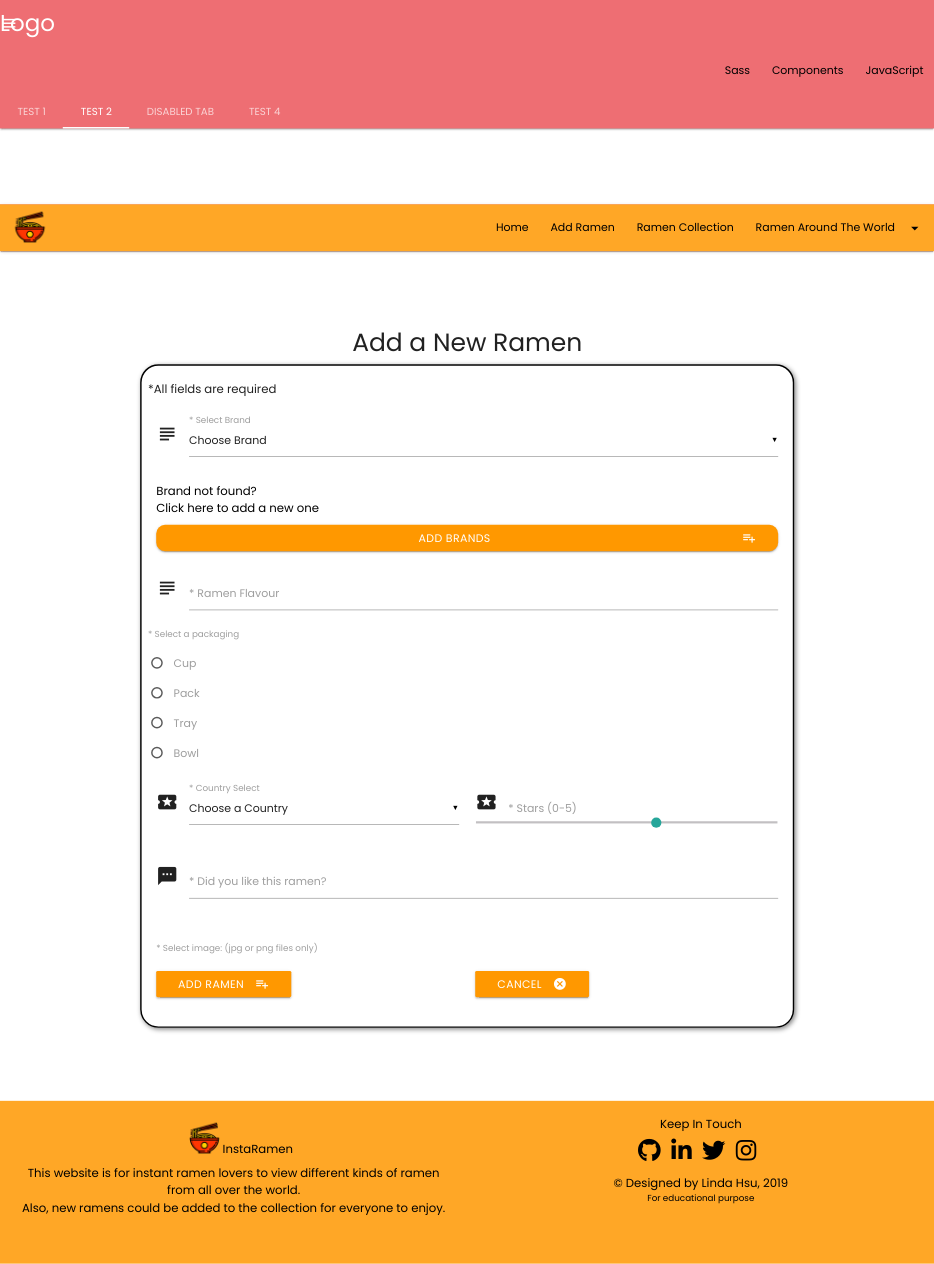
Repository: Paddlepop25/codeinstitute-insta-ramen
Page: templates/add_ramen.html
The author's editor kept a record of every edit. The page is drawn from the files as they stood at one moment, then again after the next edit.
The browser window is 1280 px wide. The pictures show the whole page, at 73% of full size.
Some web libraries are served in a nearby version. The page is served by the project's application, run on Flask 3 (app.py). The template is opened directly, without the code that normally fills it, so the values that code supplies are empty.

Above is the page before.

### templates/add_ramen.html
{% extends 'base.html' %} {% block content %}

<div class="container add-ramen">
  <h4>Add a New Ramen</h4>
  <form action="{{ url_for('insert_ramen') }}" method="POST" enctype="multipart/form-data" class="ramen-form">
    <div class="row">
      <span>*</span><span>All fields are required</span>
    </div>

    <div class="row">
      <div class="input-field col s12">
        <i class="material-icons prefix">subject</i>
        <select required id="brand" name="brand">
          <option value="" disabled selected>Choose Brand</option>
          {% for brand in brands %}
              <option value="{{ brand.brand }}" >{{ brand.brand|title}}</option>
          {% endfor %}
        </select>
        <label><span>* </span>Select Brand</label>
      </div>
    </div>

    <div class="row select-brand">
      <div class="input-field col s12">
        <p>Brand not found?
          <br> Click here to add a new one</p>
        <a href="{{url_for('add_brands')}}" class="waves-effect waves-light btn orange"><i class="material-icons right">playlist_add</i>Add Brands</a>
      </div>
    </div>

    <div class="row select-flavour">
      <div class="input-field col s12">
        <i class="material-icons prefix">subject</i>
        <input id="flavour" name="flavour" type="text" required>
        <label for="ramen_flavour"><span>* </span>Ramen Flavour</label>
      </div>
    </div>

    <div class="row select-packaging">
      <label><span>* </span>Select a packaging</label>
      <p>
        <input class="with-gap" name="style" type="radio" id="cup" value="Cup" required/>
        <label for="cup">Cup</label>
      </p>
      <p>
        <input class="with-gap" name="style" type="radio" id="pack" value="Pack" />
        <label for="pack">Pack</label>
      </p>
      <p>
        <input class="with-gap" name="style" type="radio" id="tray" value="Tray" />
        <label for="tray">Tray</label>
      </p>
      <p>
        <input class="with-gap" name="style" type="radio" id="bowl" value="Bowl" />
        <label for="bowl">Bowl</label>
      </p>
    </div>

    <div class="row select-country-stars">

      <div class="input-field col s12 m6">
        <i class="material-icons prefix">local_play</i>
        <select id="country" name="country" required>
          <option value="" disabled selected>Choose a Country</option>
          {% for ramen in countries %}
              <option value="{{ ramen.country }}" >{{ ramen.country }}</option>
          {% endfor %}
        </select>
        <label><span>* </span>Country Select</label>
      </div>

      <div class="input-field col s12 m6">
        <i class="material-icons prefix">local_play</i>
        <label><span>* </span>Stars (0-5)</label>
        <p class="range-field stars">
          <input type="range" id="stars" name="stars" min="0" max="5" required/>
        </p>
      </div>

    </div>

    <div class="row select-reviews">
      <div class="input-field col s12">
        <i class="material-icons prefix">textsms</i>
        <input id="reviews" name="reviews" type="text" required>
        <label for="ramen_reviews"><span>* </span>Did you like this ramen?</label>
      </div>
    </div>

    <!--<div class="row select-upload-image">-->
    <!--  <div class="col s12">-->
    <!--    <div class="input">-->
    <!--<label for="image">Upload image</label><br>-->
    <!--      <label><span>* </span>Upload image</label>-->
    <!--      <input type="file" name="product_image" class="btn orange">-->
    <!--<a class="btn waves-effect waves-light orange">Add Image</a>-->
    <!--    </div>-->
    <!--  </div>-->
    <!--</div>-->

    <div class="select-upload-image">
      <div class="row">
        <div class="col s12">
          <label for="ramen_image"><span>* </span>Select image: (jpg or png files only)</label>
          <input type="file" name="ramen_image" id="ramen_image"  style="display:none;" required>

          <!--<label for="img">Click me to upload image</label>-->
          <!--<input type="file" name="uploadfile" id="img" style="display:none;" />-->
        </div>
      </div>
      <div class="row">
        <div class="col s12 m6">
          <button class="btn waves-effect waves-light orange" type="submit" name="action">
          <i class="material-icons right">playlist_add</i>Add Ramen
      </button>
        </div>
        <div class="col s12 m6">
          <a href="{{url_for('get_ramen')}}" class="btn orange"><i class="material-icons right">cancel</i>Cancel</a>
        </div>
      </div>
    </div>

    <!--<div class="row select-submit">-->
    <!--  <div class="col s12 m6">-->
    <!--    <button class="btn waves-effect waves-light orange" type="submit" name="action">-->
    <!--      <i class="material-icons right">playlist_add</i>Add Ramen-->
    <!--  </button>-->
    <!--  </div>-->
    <!--  <div class="col s12 m6">-->
    <!--    <a href="{{url_for('get_ramen')}}" class="btn orange"><i class="material-icons right">cancel</i>Cancel</a>-->
    <!--  </div>-->
    <!--</div>-->
  </form>
</div>

{% endblock %}

### templates/base.html
<!DOCTYPE html>
<html>

<head>
  <link href="https://fonts.googleapis.com/icon?family=Material+Icons" rel="stylesheet">
  <link rel="stylesheet" href="https://cdnjs.cloudflare.com/ajax/libs/materialize/0.100.2/css/materialize.min.css">
  <link rel="stylesheet" href="https://use.fontawesome.com/releases/v5.8.1/css/all.css" integrity="sha384-50oBUHEmvpQ+1lW4y57PTFmhCaXp0ML5d60M1M7uH2+nqUivzIebhndOJK28anvf" crossorigin="anonymous" />
  <link href="https://fonts.googleapis.com/css?family=Montserrat|Poppins|Roboto&display=swap" rel="stylesheet">
  <link rel="icon" href="{{ url_for('static', filename='images/favicon.ico') }}" type="image/x-icon" />
  <link rel="stylesheet" href="/static/styles/styles.css" type="text/css" />

  <!-- Meta Data -->
  <meta charset="UTF-8">
  <meta name="viewport" content="width=device-width, initial-scale=1, shrink-to-fit=no">
  <meta http-equiv="X-UA-Compatible" content="ie=edge">
  <meta name="description" content="Insta Ramen">
  <meta name="keywords" content="Noodles, Ramen, Instant, Cup, Bowl, Packet">
  <meta name="author" content="Linda Hsu">

  <title>InstaRamen - {{ title }} </title>
</head>

<body>
  <header>


      <nav class="nav-extended">
    <div class="nav-wrapper">
      <a href="#" class="brand-logo">Logo</a>
      <a href="#" data-target="mobile-demo" class="sidenav-trigger"><i class="material-icons">menu</i></a>
      <ul id="nav-mobile" class="right hide-on-med-and-down">
        <li><a href="sass.html">Sass</a></li>
        <li><a href="badges.html">Components</a></li>
        <li><a href="collapsible.html">JavaScript</a></li>
      </ul>
    </div>
    <div class="nav-content">
      <ul class="tabs tabs-transparent">
        <li class="tab"><a href="#test1">Test 1</a></li>
        <li class="tab"><a class="active" href="#test2">Test 2</a></li>
        <li class="tab disabled"><a href="#test3">Disabled Tab</a></li>
        <li class="tab"><a href="#test4">Test 4</a></li>
      </ul>
    </div>
  </nav>

  <ul class="sidenav" id="mobile-demo">
    <li><a href="sass.html">Sass</a></li>
    <li><a href="badges.html">Components</a></li>
    <li><a href="collapsible.html">JavaScript</a></li>
  </ul>



    <div class="navbar-fixed">
    <nav>
      <div class="nav-wrapper orange lighten-1">
        <a href="{{url_for('index')}}" class="brand-logo"><img class="ramen_logo" src="{{ url_for('static', filename='images/noodle_icon.png') }}" alt="Ramen noodles with chopsticks logo"/></a>
      <a href="#" data-activates="mobile-demo" class="button-collapse"><i class="material-icons">menu</i></a>
        <ul class="right hide-on-med-and-down">
          <li><a href="{{url_for('index')}}">Home</a></li>
          <li><a href="{{url_for('add_ramen')}}">Add Ramen</a></li>
          <li><a href="{{url_for('get_ramen')}}">Ramen Collection</a></li>
          <li><a class="dropdown-button" href="#!" data-activates="dropdown1">Ramen Around The World<i class="material-icons right">arrow_drop_down</i></a>
            <ul id="dropdown1" class="dropdown-content">
              <li><a href="{{ url_for('ramen_asia') }}">Asia</a></li>
              <li><a href="{{ url_for('ramen_americas') }}">The Americas</a></li>
              <li><a href="{{ url_for('ramen_europe') }}">Europe</a></li>
              <li><a href="{{ url_for('ramen_rest_world') }}">Rest Of The World</a></li>
            </ul>
          </li>
        </ul>
        <ul class="side-nav" id="mobile-demo">
          <li><a href="{{url_for('index')}}">Home</a></li>
          <li><a href="{{url_for('add_ramen')}}">Add Ramen</a></li>
          <li><a href="{{url_for('get_ramen')}}">Ramen Collection</a></li>
          <li><a href="{{ url_for('ramen_asia') }}">Ramen from Asia</a></li>
          <li><a href="{{ url_for('ramen_americas') }}">Ramen from The Americas</a></li>
          <li><a href="{{ url_for('ramen_europe') }}">Ramen from Europe</a></li>
          <li><a href="{{ url_for('ramen_rest_world') }}">Ramen from Rest Of The World</a></li>
        </ul>
      </div>
    </nav>
    </div>
  </header>

  {% block content %} {% endblock %}
    <div class="container-fluid">
  <footer class="page-footer orange lighten-1">
      <div class="row">
        <div class="col s12 m6 footer-logo">
          <div class="website-info">
            <a href="{{url_for('index')}}" class="brand-logo"><img class="ramen_logo" src="{{ url_for('static', filename='images/noodle_icon.png') }}" alt="Ramen noodles with chopsticks logo"/></a>
            <a href="{{url_for('index')}}">InstaRamen</a>
          </div>
          <p>This website is for instant ramen lovers to view different kinds of ramen from all over the world.
          <br>
          Also, new ramens could be added to the collection for everyone to enjoy.</p>
        </div>

        <div class="col s12 m6 footer-social">
          <p>Keep In Touch</p>
          <span><a href="https://github.com/Paddlepop25" target="_blank"><i class="fab fa-github fa-2x"></i></a></span>
          <span><a href="https://www.linkedin.com/in/lindahsu007/" target="_blank"><i class="fab fa-linkedin-in fa-2x"></i></a></span>
          <span><a href="https://twitter.com/shecodeshsucode" target="_blank"><i class="fab fa-twitter fa-2x"></i></a></span>
          <span><a href="https://www.instagram.com/shecodeshsucodes/" target="_blank"><i class="fab fa-instagram fa-2x"></i></a></span>
          <p class="design">&copy; Designed by Linda Hsu, 2019</p>
          <small>For educational purpose</small>
        </div>
      </div>
  </footer>
    </div>

  <script src="https://cdnjs.cloudflare.com/ajax/libs/jquery/3.2.1/jquery.min.js"></script>
  <script src="https://cdnjs.cloudflare.com/ajax/libs/materialize/0.100.2/js/materialize.min.js"></script>
  <!--<script type="text/javascript" src="./static/scripts/app.js"></script>-->
  <script type="text/javascript">
    $(document).ready(function() {
      $(".button-collapse").sideNav();
      $('select').material_select();
      $(".dropdown-button").dropdown();
    });
  </script>
</body>

</html>

### app.py
import os
from flask import Flask, render_template, redirect, request, url_for
from flask_pymongo import PyMongo, ASCENDING, DESCENDING
from bson.objectid import ObjectId
import re
import math
from werkzeug.utils import secure_filename

app = Flask(__name__)
app.config['UPLOAD_FOLDER'] = '/home/ubuntu/environment/uploads'
app.config['MONGO_DBNAME'] = 'ramen_database'
app.config["MONGO_URI"] = os.environ.get("MONGO_URI")

mongo = PyMongo(app)

@app.route('/')
def index():
    latest_three=mongo.db.ramens.find().sort([("_id", DESCENDING)]).limit(3)
    return render_template('index.html', title="Home", latest_three=latest_three)

@app.route('/display_ramen/<ramen_id>', methods=['GET'])
def display_ramen(ramen_id):
    ramen = mongo.db.ramens.find_one({"_id": ObjectId(ramen_id)})
    return render_template('display_ramen.html', title="Display Ramen", ramen=ramen)

@app.route('/get_ramen')
def get_ramen():
    ramens=mongo.db.ramens.find().sort([("_id", DESCENDING)])
    return render_template('ramen_collection.html', title="Ramen Collection", ramens=ramens)

@app.route('/ramen_asia')
def ramen_asia():
    ramens=mongo.db.ramens.find({'continent': 'Asia'})
    return render_template('ramen_asia.html', title="Ramen from The Asia", ramens=ramens)

@app.route('/ramen_europe')
def ramen_europe():
    ramens=mongo.db.ramens.find({'continent': 'Europe'})
    return render_template('ramen_europe.html', title="Ramen from The Europe", ramens=ramens)

@app.route('/ramen_americas')
def ramen_americas():
    ramens=mongo.db.ramens.find({'continent': 'The Americas'})
    return render_template('ramen_americas.html', title="Ramen from The Americas", ramens=ramens)

@app.route('/ramen_rest_world')
def ramen_rest_world():
    ramens=mongo.db.ramens.find({'continent': 'The Rest'})
    return render_template('ramen_rest_world.html', title="Ramen from the Rest Of The World", ramens=ramens)

@app.route('/ramen_world')
def ramen_world():
    ramens=mongo.db.ramens.find(
        {'$or':
            [{'continent': 'Asia'},{'continent': "Europe"},{'continent': "The Americas"},{'continent': "The Rest"}]
        }
        )
    return render_template('ramen_world.html', title="Rest Of The World", ramens=ramens)

@app.route('/search_ramen')
def search_ramen():
    orig_query = request.args['query']
    query = {'$regex': re.compile('.*{}.*'.format(orig_query)), '$options': 'i'}
    print(query)
    results=mongo.db.ramens.find({'flavour': query})

    # if file and allowed_file(file.filename):
    #         filename = secure_filename(file.filename)
    #         file.save(os.path.join(app.config['UPLOAD_FOLDER'], filename))
    #         return redirect(url_for('uploaded_file',
    #                                 filename=filename))

    ramen = []
    for result in results:
        ramen.append(result)

    return render_template('ramen_search.html', title="Search Results", query=orig_query, ramen_search=ramen)

@app.route('/add_ramen')
def add_ramen():
    brands = mongo.db.brands.find().sort([("brand", ASCENDING)])
    countries=mongo.db.countries.find().sort([("country", ASCENDING)])
    return render_template('add_ramen.html', title="Add a Ramen", countries=countries, brands=brands)

@app.route('/insert_ramen', methods=['POST'])
def insert_ramen():
    ramens = mongo.db.ramens
    if "ramen_image" in request.files:
        ramen_image = request.files['ramen_image']
        mongo.save_file(ramen_image.filename, ramen_image)

    new_ramen = {
        'brand': request.form.get('brand'),
        'flavour':request.form.get('flavour'),
        'style': request.form.get('style'),
        'country':request.form.get('country'),
        'stars':int(request.form.get('stars')),
        'reviews':request.form.get('reviews'),
        'imageURL': ramen_image.filename
    }
    ramens.insert_one(new_ramen)
    return redirect(url_for('get_ramen'))

@app.route('/file/<filename>')
def file(filename):
    return mongo.send_file(filename)

@app.route('/edit_ramen/<ramen_id>', methods=['GET'])
def edit_ramen(ramen_id):
    ramen = mongo.db.ramens.find_one({"_id": ObjectId(ramen_id)})
    brands = mongo.db.brands.find().sort([("brand", ASCENDING)])
    countries = mongo.db.countries.find().sort([("country", ASCENDING)])
    return render_template('edit_ramen.html', title="Edit Ramen", ramen=ramen, brands=brands, countries=countries)

@app.route('/update_ramen/<ramen_id>', methods=["POST"])
def update_ramen(ramen_id):
    ramen = mongo.db.ramens

    # try code
    brand = request.form.get('brand')
    flavour = request.form.get('flavour')
    style = request.form.get('style')
    country = request.form.get('country')
    stars = int(request.form.get('stars'))
    reviews = request.form.get('reviews')
    # end of try code

    if "ramen_image" in request.files and request.files['ramen_image'].filename != "":
        ramen_image = request.files['ramen_image']
        image_filename = ramen_image.filename
        mongo.save_file(ramen_image.filename, ramen_image)
    else:
        image_filename = ramen['imageURL']

    ramen.update( {'_id': ObjectId(ramen_id)},
    {
        'brand': brand,
        'flavour': flavour,
        'style': style,
        'country': country,
        'stars': int(stars),
        'reviews': reviews,
        'imageURI': image_filename
        # 'imageURL':request.form.get('imageURL'),
        # 'product_image_name':product_image.filename
        # 'product_image_name':request.form.get(product_image.filename)
    })
    return redirect(url_for('get_ramen'))

@app.route('/delete_ramen/<ramen_id>')
def delete_ramen(ramen_id):
    mongo.db.ramens.remove({'_id': ObjectId(ramen_id)})
    return redirect(url_for('get_ramen'))

@app.route('/add_brands')
def add_brands():
    brand = mongo.db.brands.find()
    add_a_brand = mongo.db.ramens.find()
    return render_template('add_brands.html', title="Add a Brand", brand=brand)

@app.route('/insert_brand', methods=['POST'])
def insert_brand():
    brand = mongo.db.brands
    query = request.form.get('brand').lower()
    find_brand = mongo.db.brands.find_one({'brand': query})
    if find_brand is None:
        new_brand = {
            'brand': request.form.get('brand').lower()
        }
        brand.insert_one(new_brand)
    return redirect(url_for('add_ramen'))

@app.errorhandler(404)
def error_404(not_found):
    return render_template('error404.html', title="Error 404")

if __name__ == '__main__':
    app.run(host=os.environ.get('IP'),
            port=int(os.environ.get('PORT')),
            debug=True)

Loaded but not shown: static/styles/styles.css (622 lines, source omitted)

After the next edit:
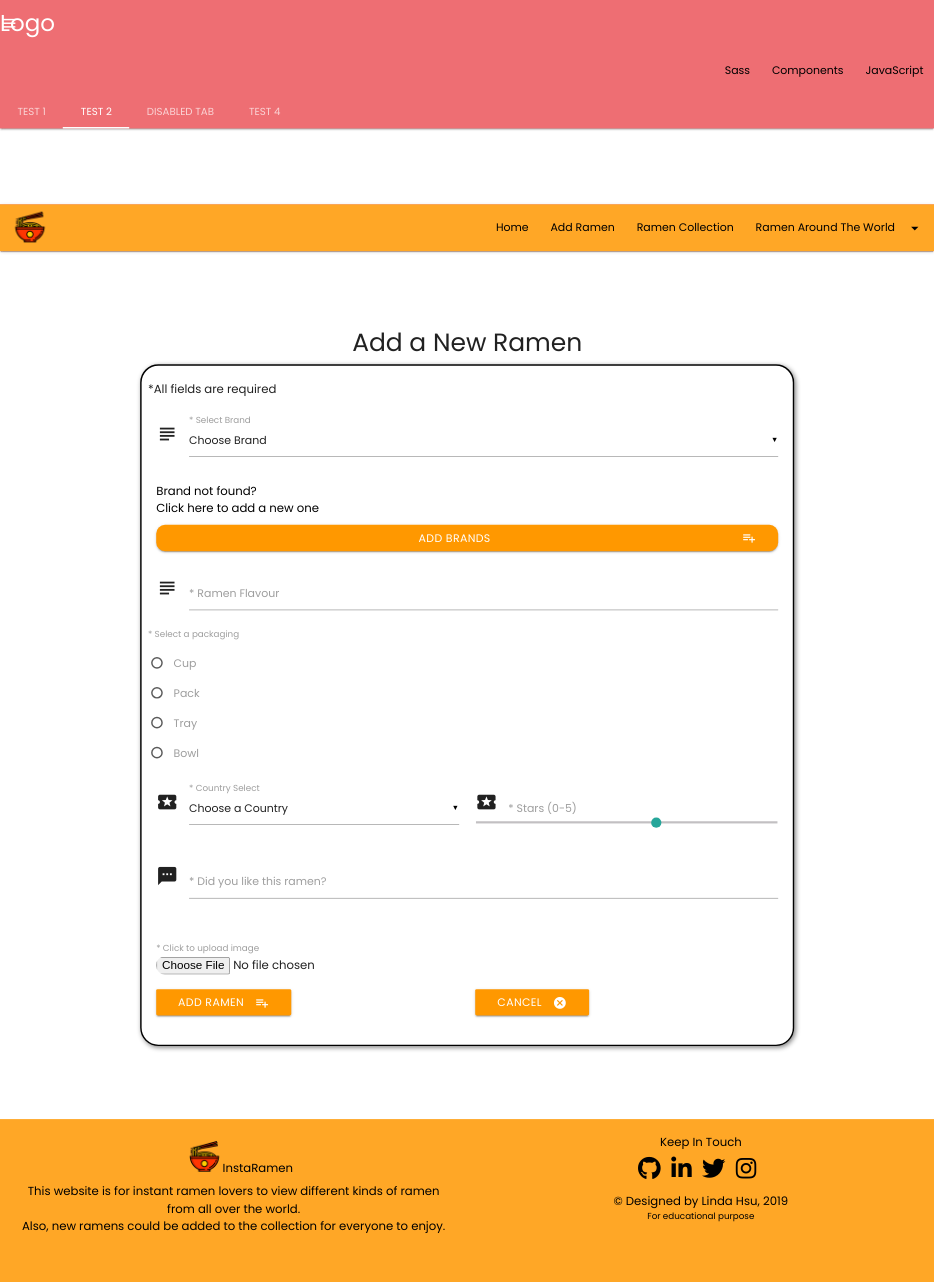
The edit:
--- a/templates/add_ramen.html
+++ b/templates/add_ramen.html
@@ -101,9 +101,9 @@
     <div class="select-upload-image">
       <div class="row">
         <div class="col s12">
-          <label for="ramen_image"><span>* </span>Select image: (jpg or png files only)</label>
-          <input type="file" name="ramen_image" id="ramen_image"  style="display:none;" required>
-
+          <label for="ramen_image"><span>* </span>Click to upload image</label>
+          <input type="file" name="ramen_image" id="ramen_image" required>
+          <!--<a href="" class="btn upload-image"><i class="material-icons right">upload</i>Add file</a>-->
           <!--<label for="img">Click me to upload image</label>-->
           <!--<input type="file" name="uploadfile" id="img" style="display:none;" />-->
         </div>
